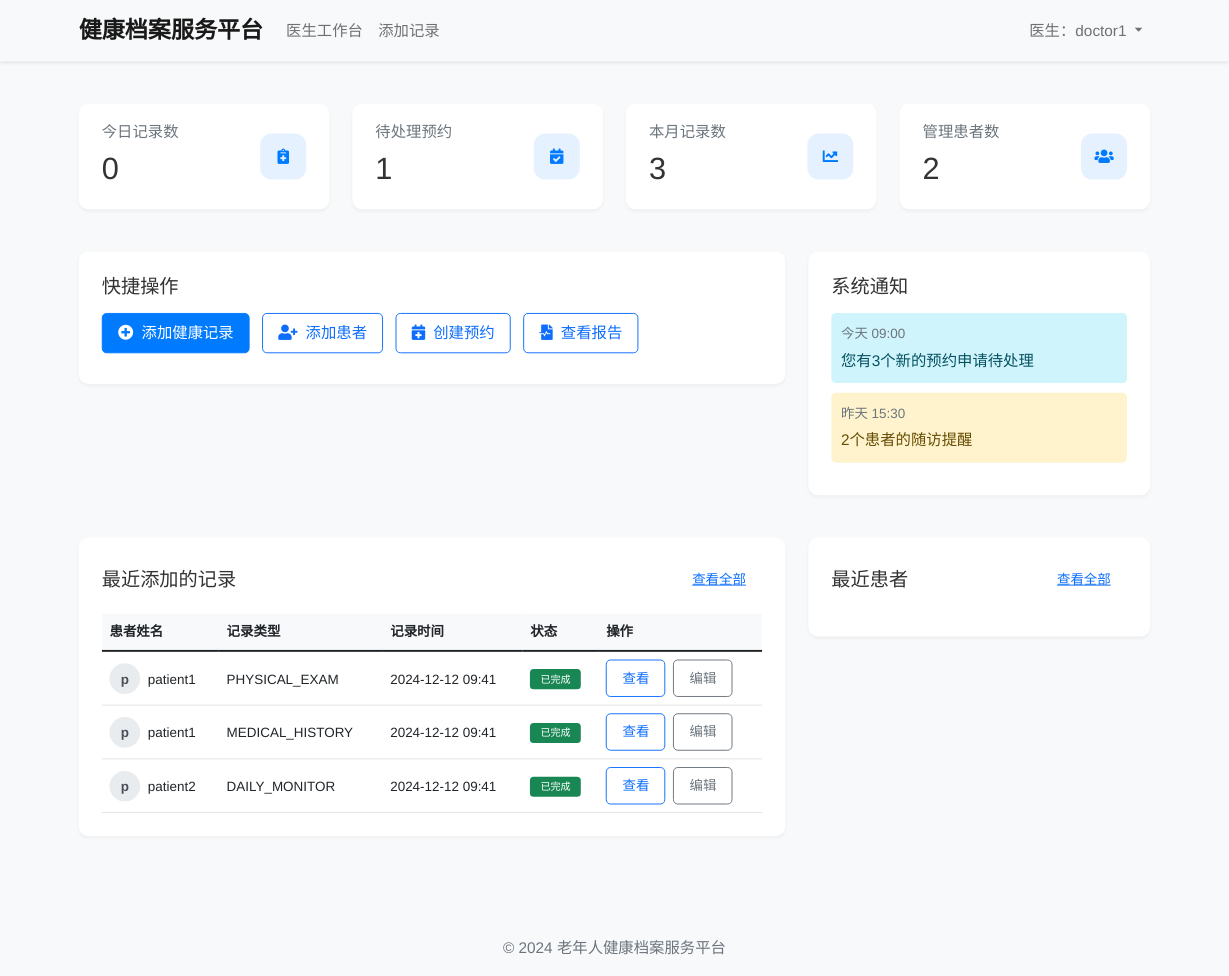
Repository: qqqq121114/Health_System
Page: http://localhost/doctor/home
An editor plug-in stored every save of this project. The page is shown before and after the next save, followed by the edit.
The browser window is 1280 px wide. The pictures show the whole page, at 96% of full size.
The page is served by the project's application, run on Flask 3 (app.py). The user the application loads for id 1 is signed in. Other server files are loaded and not shown. The page reads the database file committed with the project.

Above is the page before, as saved 2024-12-12 18:40:58.

### templates/doctor_home.html
{% extends "base.html" %}

{% block content %}
<div class="doctor-dashboard">
    <!-- 顶部统计卡片 -->
    <div class="row mb-4">
        <div class="col-md-3">
            <div class="card stat-card">
                <div class="card-body">
                    <div class="d-flex justify-content-between align-items-center">
                        <div>
                            <h6 class="card-subtitle mb-2 text-muted">今日记录数</h6>
                            <h2 class="card-title mb-0">{{ today_records }}</h2>
                        </div>
                        <div class="stat-icon">
                            <i class="fas fa-notes-medical"></i>
                        </div>
                    </div>
                </div>
            </div>
        </div>
        <div class="col-md-3">
            <div class="card stat-card">
                <div class="card-body">
                    <div class="d-flex justify-content-between align-items-center">
                        <div>
                            <h6 class="card-subtitle mb-2 text-muted">待处理预约</h6>
                            <h2 class="card-title mb-0">{{ pending_appointments }}</h2>
                        </div>
                        <div class="stat-icon">
                            <i class="fas fa-calendar-check"></i>
                        </div>
                    </div>
                </div>
            </div>
        </div>
        <div class="col-md-3">
            <div class="card stat-card">
                <div class="card-body">
                    <div class="d-flex justify-content-between align-items-center">
                        <div>
                            <h6 class="card-subtitle mb-2 text-muted">本月记录数</h6>
                            <h2 class="card-title mb-0">{{ month_records }}</h2>
                        </div>
                        <div class="stat-icon">
                            <i class="fas fa-chart-line"></i>
                        </div>
                    </div>
                </div>
            </div>
        </div>
        <div class="col-md-3">
            <div class="card stat-card">
                <div class="card-body">
                    <div class="d-flex justify-content-between align-items-center">
                        <div>
                            <h6 class="card-subtitle mb-2 text-muted">管理患者数</h6>
                            <h2 class="card-title mb-0">{{ total_patients }}</h2>
                        </div>
                        <div class="stat-icon">
                            <i class="fas fa-users"></i>
                        </div>
                    </div>
                </div>
            </div>
        </div>
    </div>

    <!-- 快捷操作和通知 -->
    <div class="row mb-4">
        <div class="col-md-8">
            <div class="card">
                <div class="card-body">
                    <h5 class="card-title">快捷操作</h5>
                    <div class="quick-actions mt-3">
                        <a href="{{ url_for('doctor_add_record') }}" class="btn btn-primary me-2">
                            <i class="fas fa-plus-circle me-1"></i> 添加健康记录
                        </a>
                        <a href="#" class="btn btn-outline-primary me-2">
                            <i class="fas fa-user-plus me-1"></i> 添加患者
                        </a>
                        <a href="#" class="btn btn-outline-primary me-2">
                            <i class="fas fa-calendar-plus me-1"></i> 创建预约
                        </a>
                        <a href="#" class="btn btn-outline-primary">
                            <i class="fas fa-file-medical-alt me-1"></i> 查看报告
                        </a>
                    </div>
                </div>
            </div>
        </div>
        <div class="col-md-4">
            <div class="card">
                <div class="card-body">
                    <h5 class="card-title">系统通知</h5>
                    <div class="notifications mt-3">
                        <div class="alert alert-info">
                            <small class="text-muted">今天 09:00</small>
                            <p class="mb-0">您有3个新的预约申请待处理</p>
                        </div>
                        <div class="alert alert-warning">
                            <small class="text-muted">昨天 15:30</small>
                            <p class="mb-0">2个患者的随访提醒</p>
                        </div>
                    </div>
                </div>
            </div>
        </div>
    </div>

    <!-- 最近记录和患者列表 -->
    <div class="row">
        <div class="col-md-8">
            <div class="card">
                <div class="card-body">
                    <div class="d-flex justify-content-between align-items-center mb-3">
                        <h5 class="card-title mb-0">最近添加的记录</h5>
                        <a href="#" class="btn btn-sm btn-link">查看全部</a>
                    </div>
                    <div class="table-responsive">
                        <table class="table table-hover align-middle">
                            <thead>
                                <tr>
                                    <th>患者姓名</th>
                                    <th>记录类型</th>
                                    <th>记录时间</th>
                                    <th>状态</th>
                                    <th>操作</th>
                                </tr>
                            </thead>
                            <tbody>
                                {% for record in recent_records %}
                                <tr>
                                    <td>
                                        <div class="d-flex align-items-center">
                                            <div class="avatar-sm me-2">{{ record.patient.username[0] }}</div>
                                            <div>{{ record.patient.username }}</div>
                                        </div>
                                    </td>
                                    <td>{{ record.record_type }}</td>
                                    <td>{{ record.created_at.strftime('%Y-%m-%d %H:%M') }}</td>
                                    <td>
                                        <span class="badge bg-success">已完成</span>
                                    </td>
                                    <td>
                                        <button class="btn btn-sm btn-outline-primary me-1">查看</button>
                                        <button class="btn btn-sm btn-outline-secondary">编辑</button>
                                    </td>
                                </tr>
                                {% endfor %}
                            </tbody>
                        </table>
                    </div>
                </div>
            </div>
        </div>
        <div class="col-md-4">
            <div class="card">
                <div class="card-body">
                    <div class="d-flex justify-content-between align-items-center mb-3">
                        <h5 class="card-title mb-0">最近患者</h5>
                        <a href="#" class="btn btn-sm btn-link">查看全部</a>
                    </div>
                    <div class="patient-list">
                        {% for patient in recent_patients %}
                        <div class="patient-item d-flex align-items-center p-2 border-bottom">
                            <div class="avatar-sm me-3">{{ patient.username[0] }}</div>
                            <div class="flex-grow-1">
                                <h6 class="mb-0">{{ patient.username }}</h6>
                                <small class="text-muted">上次就诊: {{ patient.last_visit }}</small>
                            </div>
                            <button class="btn btn-sm btn-outline-primary">查看</button>
                        </div>
                        {% endfor %}
                    </div>
                </div>
            </div>
        </div>
    </div>
</div>

<style>
/* 医生工作台样式 */
.doctor-dashboard {
    padding: 20px 0;
}

/* 统计卡片样式 */
.stat-card {
    border: none;
    border-radius: 10px;
    box-shadow: 0 2px 4px rgba(0,0,0,.05);
    transition: transform 0.2s;
}

.stat-card:hover {
    transform: translateY(-5px);
}

.stat-icon {
    width: 48px;
    height: 48px;
    background-color: rgba(0,123,255,0.1);
    border-radius: 12px;
    display: flex;
    align-items: center;
    justify-content: center;
    color: #007bff;
}

/* 头像样式 */
.avatar-sm {
    width: 32px;
    height: 32px;
    background-color: #e9ecef;
    border-radius: 50%;
    display: flex;
    align-items: center;
    justify-content: center;
    font-weight: bold;
    color: #495057;
}

/* 快捷操作按钮样式 */
.quick-actions .btn {
    padding: 8px 16px;
    margin-bottom: 8px;
}

/* 表格样式 */
.table {
    font-size: 14px;
}

.table th {
    font-weight: 600;
    background-color: #f8f9fa;
}

/* 患者列表样式 */
.patient-list {
    max-height: 400px;
    overflow-y: auto;
}

.patient-item {
    transition: background-color 0.2s;
}

.patient-item:hover {
    background-color: #f8f9fa;
}

/* 通知样式 */
.notifications .alert {
    margin-bottom: 10px;
    padding: 10px;
}

.notifications small {
    display: block;
    margin-bottom: 5px;
}

/* 响应式调整 */
@media (max-width: 768px) {
    .stat-card {
        margin-bottom: 15px;
    }

    .quick-actions .btn {
        width: 100%;
        margin-bottom: 10px;
    }
}
</style>

<!-- Font Awesome -->
<link href="https://cdnjs.cloudflare.com/ajax/libs/font-awesome/5.15.4/css/all.min.css" rel="stylesheet">
{% endblock %}

### database/health_records.db (the tables this page reads, as SQL)
CREATE TABLE follow_ups (
	id INTEGER NOT NULL, 
	patient_id INTEGER NOT NULL, 
	doctor_id INTEGER NOT NULL, 
	follow_up_date DATETIME NOT NULL, 
	reason TEXT NOT NULL, 
	notes TEXT, 
	status VARCHAR(20), 
	created_at DATETIME, 
	completed_at DATETIME, 
	PRIMARY KEY (id), 
	FOREIGN KEY(patient_id) REFERENCES users (id), 
	FOREIGN KEY(doctor_id) REFERENCES users (id)
);
INSERT INTO "follow_ups" VALUES
(1, 2, 1, '2024-12-19 17:41:36.275310', '复查感冒症状', '如果症状未改善需要及时就医', 'completed', '2024-12-12 09:41:36.280822', '2024-12-12 18:47:15.763498'),
(2, 3, 1, '2024-12-26 17:41:36.275310', '定期体检', '需要空腹', 'pending', '2024-12-12 09:41:36.280822', NULL),
(3, 2, 5, '2024-12-12 00:00:00.000000', '1', '1', 'completed', '2024-12-12 10:47:09.135562', '2024-12-12 18:49:50.434418'),
(4, 2, 5, '2024-12-12 00:00:00.000000', '1', '1', 'pending', '2024-12-12 10:49:44.999118', NULL);

CREATE TABLE health_records (
	id INTEGER NOT NULL, 
	patient_id INTEGER NOT NULL, 
	doctor_id INTEGER NOT NULL, 
	record_type VARCHAR(50) NOT NULL, 
	record_date DATETIME NOT NULL, 
	created_at DATETIME, 
	description TEXT, 
	symptoms TEXT, 
	diagnosis TEXT, 
	treatment TEXT, 
	medications TEXT, 
	height FLOAT, 
	weight FLOAT, 
	blood_pressure VARCHAR(20), 
	heart_rate INTEGER, 
	blood_sugar FLOAT, 
	blood_fat TEXT, 
	liver_function TEXT, 
	kidney_function TEXT, 
	temperature FLOAT, 
	pulse INTEGER, 
	respiratory_rate INTEGER, 
	oxygen_saturation FLOAT, 
	PRIMARY KEY (id), 
	FOREIGN KEY(patient_id) REFERENCES users (id), 
	FOREIGN KEY(doctor_id) REFERENCES users (id)
);
INSERT INTO "health_records" VALUES
(1, 2, 1, 'PHYSICAL_EXAM', '2024-12-05 17:41:36.275310', '2024-12-12 09:41:36.280822', '常规体检', NULL, NULL, NULL, NULL, 170.0, 65.0, '135/85', 75, 5.6, '正常', '正常', '正常', NULL, NULL, NULL, NULL),
(2, 2, 1, 'MEDICAL_HISTORY', '2024-12-09 17:41:36.275310', '2024-12-12 09:41:36.280822', '感冒就诊', '咳嗽、发烧', '普通感冒', '建议多休息，多喝水', '布洛芬、感冒药', NULL, NULL, NULL, NULL, NULL, NULL, NULL, NULL, NULL, NULL, NULL, NULL),
(3, 3, 1, 'DAILY_MONITOR', '2024-12-11 17:41:36.275310', '2024-12-12 09:41:36.280822', '日常监测', NULL, NULL, NULL, NULL, NULL, NULL, NULL, NULL, NULL, NULL, NULL, NULL, 36.5, 78, 16, 98.0),
(4, 2, 5, '病史记录', '2024-12-12 00:00:00.000000', '2024-12-12 09:48:40.427354', NULL, '1', '1', NULL, '', NULL, NULL, '77/133', NULL, NULL, NULL, '', '', NULL, 55, NULL, NULL),
(5, 2, 5, '日常监测', '2024-12-12 00:00:00.000000', '2024-12-12 10:17:31.893803', NULL, '', '', NULL, '1', NULL, NULL, '/', NULL, NULL, NULL, '', '', NULL, NULL, NULL, NULL),
(6, 2, 5, 'PHYSICAL_EXAM', '2024-12-12 00:00:00.000000', '2024-12-12 10:30:42.116763', NULL, '', '', '', '', 133.0, 44.0, '/', 133, 2.0, '2', '2', '2', NULL, NULL, NULL, 88.0);

CREATE TABLE users (
	id INTEGER NOT NULL, 
	username VARCHAR(80) NOT NULL, 
	password_hash VARCHAR(128) NOT NULL, 
	name VARCHAR(80) NOT NULL, 
	id_number VARCHAR(18) NOT NULL, 
	gender VARCHAR(10) NOT NULL, 
	phone VARCHAR(11) NOT NULL, 
	role VARCHAR(20) NOT NULL, 
	created_at DATETIME, 
	PRIMARY KEY (id), 
	UNIQUE (username), 
	UNIQUE (id_number)
);
INSERT INTO "users" VALUES
(1, 'doctor1', 'pbkdf2:sha256:600000$2NSTS7PfZdNadY6O$c97889e6392e12eb00f94463e561a1d5159e494a9a0e3916e1178ac5ef8283fa', '张医生', '110101199001011234', '男', '13800138000', 'DOCTOR', '2024-12-12 09:41:36.252008'),
(2, 'patient1', 'pbkdf2:sha256:600000$KVw05SipSshODMyA$5fe7d1420027594ddb06ca745d62eb6f4c0b897fcf08d3e87bfeca6e07cab2f3', '王大爷', '110101193001011234', '男', '13900139000', 'PATIENT', '2024-12-12 09:41:36.252008'),
(3, 'patient2', 'pbkdf2:sha256:600000$wlcu8IY5QOH44NZW$b57770747a3c80182fa27dc3600df00e759c05a517a4eac2e641b71a36f3dcde', '李奶奶', '110101193501011234', '女', '13700137000', 'PATIENT', '2024-12-12 09:41:36.252008'),
(4, '2214100417', 'pbkdf2:sha256:600000$NUEHVayQIQsqBftR$b9a730458825f230903865531c3b5f5fde7e2dfb06c902e1f77b2a02b4c3fc06', '阿达', '441422200310294511', '男', '15119329028', 'PATIENT', '2024-12-12 09:44:04.707274'),
(5, '2214100416', 'pbkdf2:sha256:600000$gSdA9YH9OndpETUP$51e0d5ffb3375e1bfce51e31001cf38dc4dc528d81931204ac43e4bd7cb9aff2', '大大', '441422200310294512', '男', '15119329023', 'DOCTOR', '2024-12-12 09:44:48.256727');

Loaded but not shown: static/js/main.js (94 lines, source omitted); models.py (124 lines, source omitted); templates/base.html (96 lines, source omitted); static/css/style.css (149 lines, source omitted); app.py (647 lines, source omitted)

After the next save:
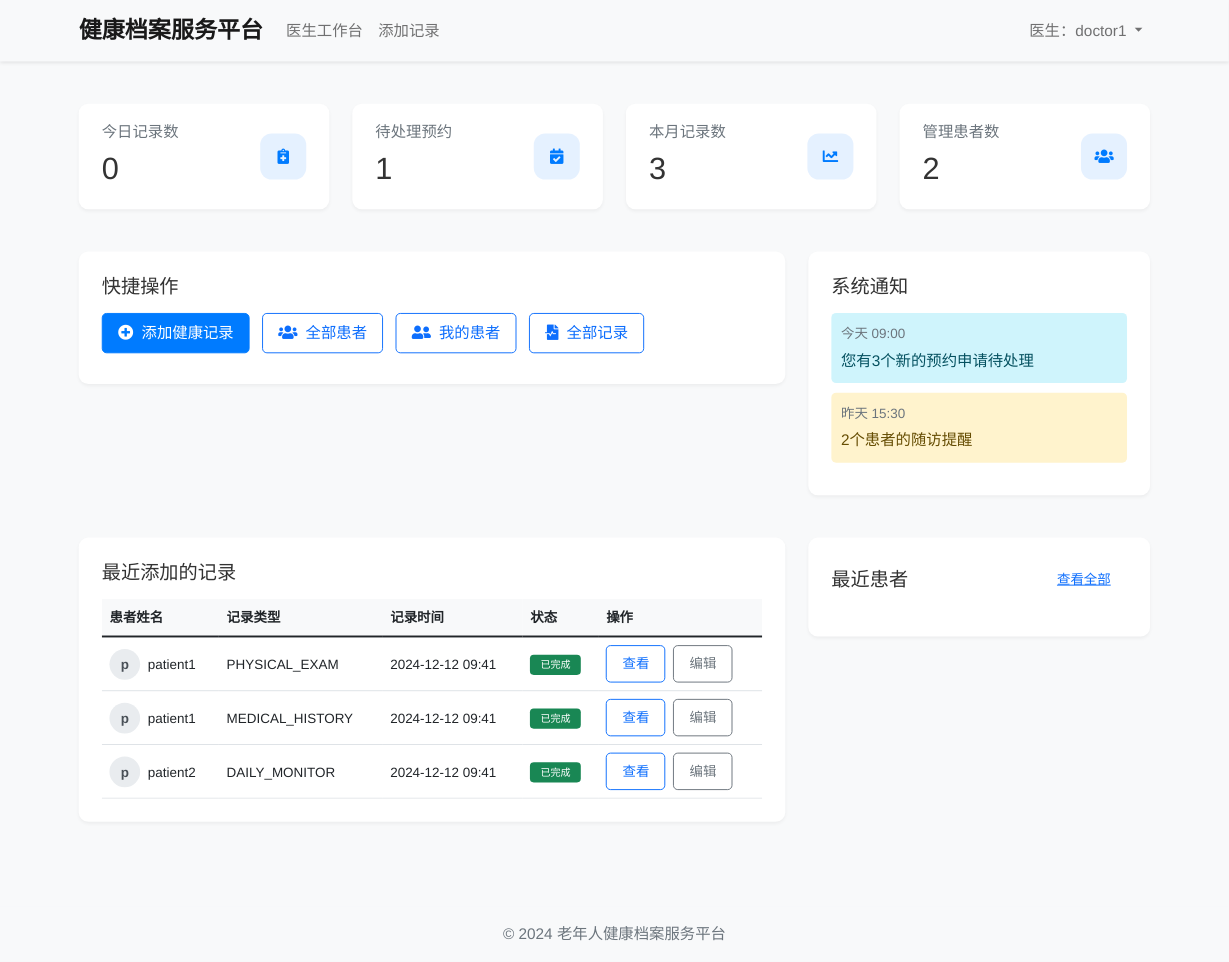
Saved 4 min 16 s later.
--- a/templates/doctor_home.html
+++ b/templates/doctor_home.html
@@ -76,14 +76,14 @@
                         <a href="{{ url_for('doctor_add_record') }}" class="btn btn-primary me-2">
                             <i class="fas fa-plus-circle me-1"></i> 添加健康记录
                         </a>
-                        <a href="#" class="btn btn-outline-primary me-2">
-                            <i class="fas fa-user-plus me-1"></i> 添加患者
-                        </a>
-                        <a href="#" class="btn btn-outline-primary me-2">
-                            <i class="fas fa-calendar-plus me-1"></i> 创建预约
-                        </a>
-                        <a href="#" class="btn btn-outline-primary">
-                            <i class="fas fa-file-medical-alt me-1"></i> 查看报告
+                        <a href="{{ url_for('doctor_patient_list') }}" class="btn btn-outline-primary me-2">
+                            <i class="fas fa-users me-1"></i> 全部患者
+                        </a>
+                        <a href="{{ url_for('doctor_patient_list', filter='my_patients') }}" class="btn btn-outline-primary me-2">
+                            <i class="fas fa-user-friends me-1"></i> 我的患者
+                        </a>
+                        <a href="{{ url_for('doctor_patient_list', filter='all_records') }}" class="btn btn-outline-primary">
+                            <i class="fas fa-file-medical-alt me-1"></i> 全部记录
                         </a>
                     </div>
                 </div>
@@ -115,7 +115,7 @@
                 <div class="card-body">
                     <div class="d-flex justify-content-between align-items-center mb-3">
                         <h5 class="card-title mb-0">最近添加的记录</h5>
-                        <a href="#" class="btn btn-sm btn-link">查看全部</a>
+                        <a href="#" class="btn btn-sm btn-link"></a>
                     </div>
                     <div class="table-responsive">
                         <table class="table table-hover align-middle">
